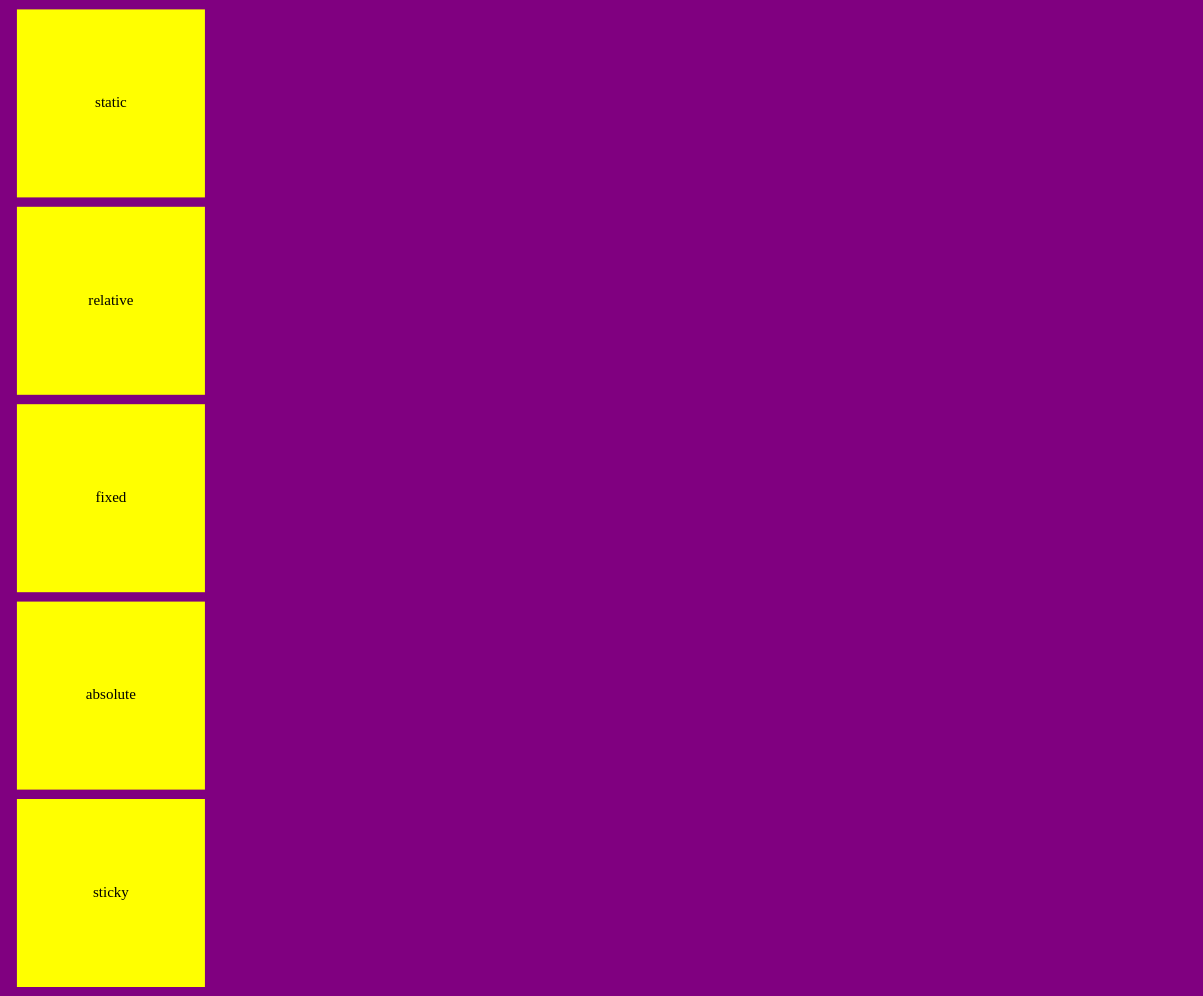
Repository: quenrythane/homepage
Page: CSS positions/CSS-positions.html
The author's editor kept a copy of each file at every save. The page is drawn from the files as they stood at one save, then again after the next save.
The browser window is 1280 px wide. The pictures show the whole page, at 94% of full size.

Above is the page before, as saved 2020-10-10 14:12:42.

### CSS positions/CSS-positions.html
<!DOCTYPE html>
<html lang="en">
<head>
    <meta charset="UTF-8">
    <meta name="viewport" content="width=device-width, initial-scale=1.0">
    <title>CSS-positions</title>
    <link href="CSS-positions.css " rel="stylesheet" type="text/css">
</head>
<body >
    <div class="box">static</div>
    <div class="box">relative</div>
    <div class="box">fixed</div>
    <div class="box">absolute</div>
    <div class="box">sticky</div>

</body>
</html>

### CSS positions/CSS-positions.css
body {
    background: purple;
}

.box{
    box-sizing: border-box;
    background: yellow;
    width: 200px;
    height: 200px ;
    margin: 10px ;
    vertical-align: center;
    text-align: center;
    padding-top: 90px;
}

After the next save:
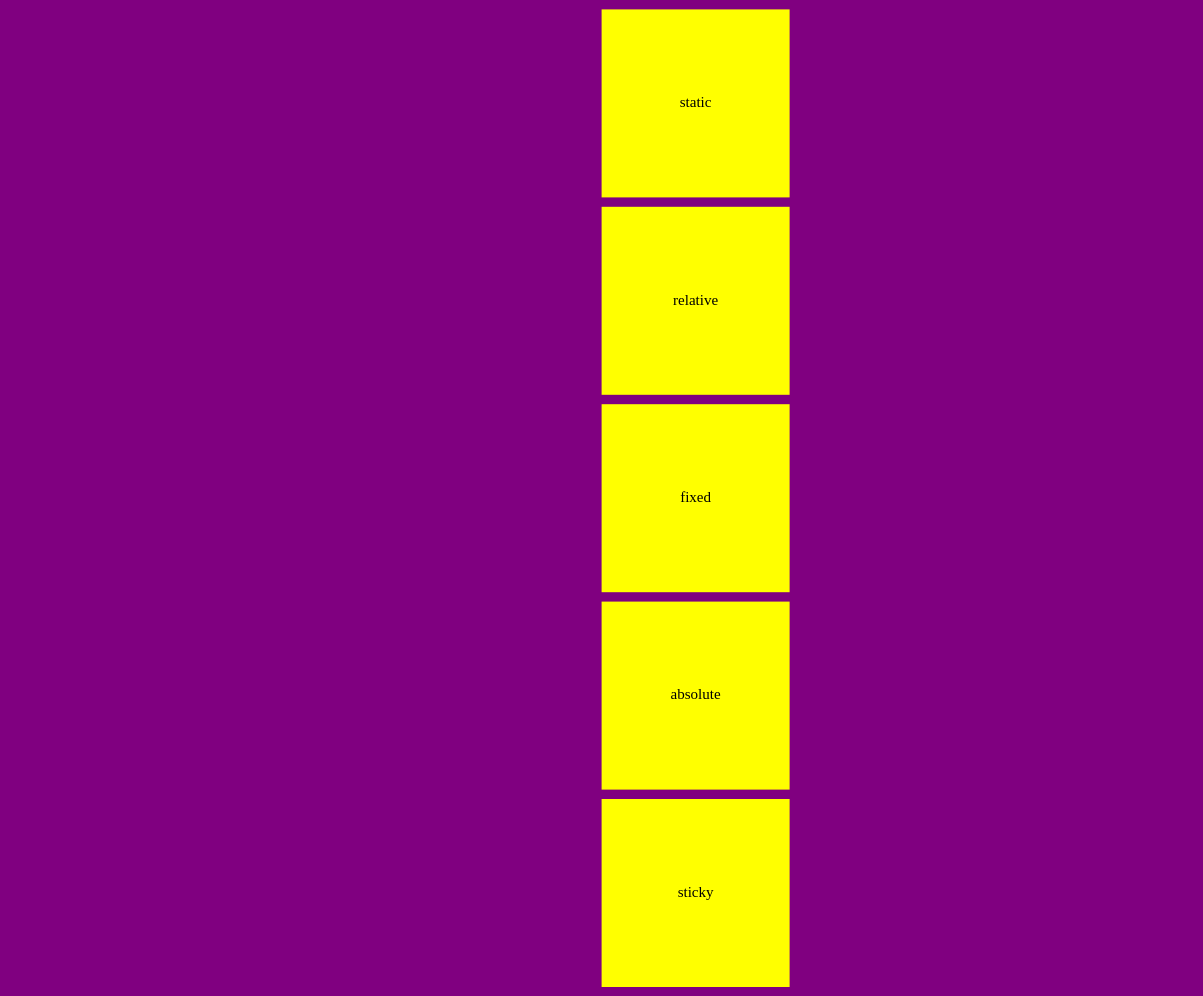
Saved 8 min 33 s later.
--- a/CSS positions/CSS-positions.css
+++ b/CSS positions/CSS-positions.css
@@ -7,8 +7,7 @@
     background: yellow;
     width: 200px;
     height: 200px ;
-    margin: 10px ;
-    vertical-align: center;
+    margin: 10px 50%;
     text-align: center;
     padding-top: 90px;
 }
